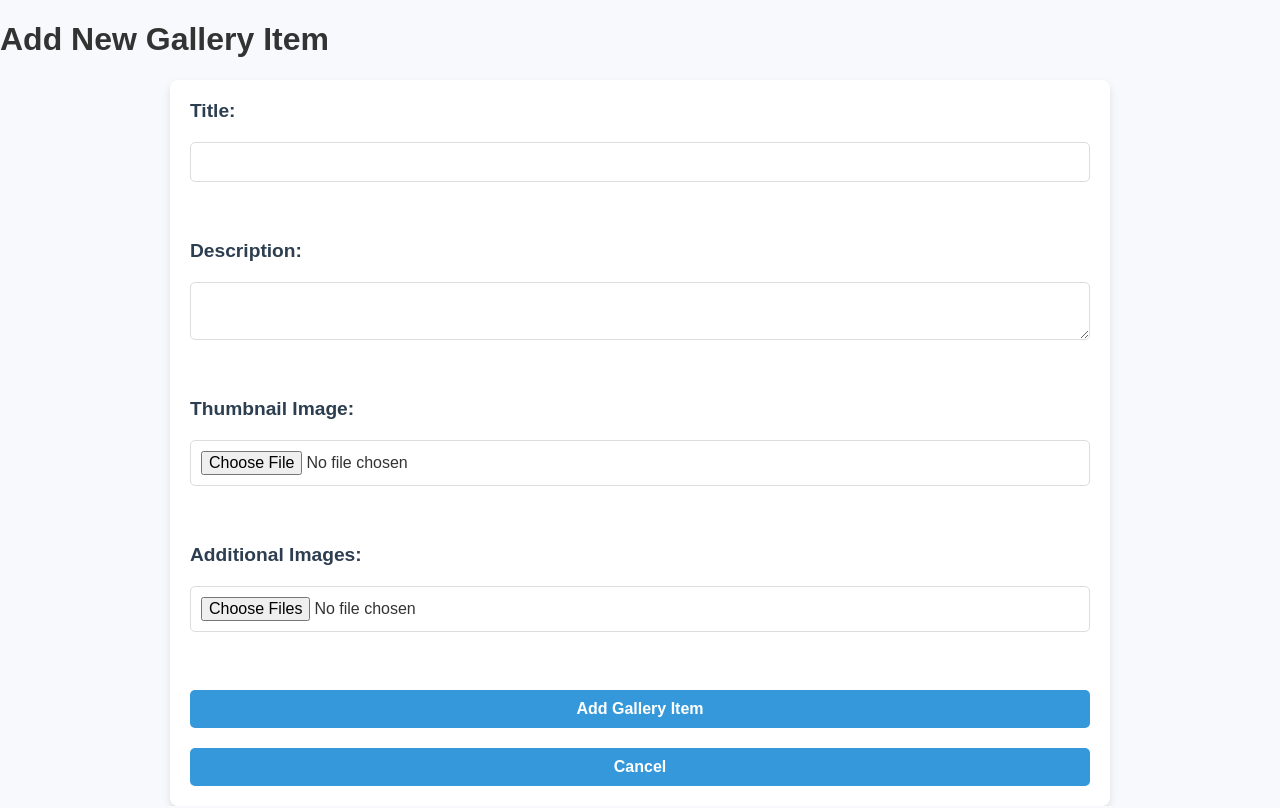
Repository: KharonKade/Capstone
Page: http://localhost/add_gallery.php
These files come from the project's save history. The page is drawn as it stood at one moment and after the next save; the edit follows.
The browser window is 1280 px wide. The pictures show the whole page.
The page is run by PHP 8.4 with error messages shown; the project is at /var/www/html/.

Above is the page before, as saved 2025-04-01 19:35:05.

After the next save:
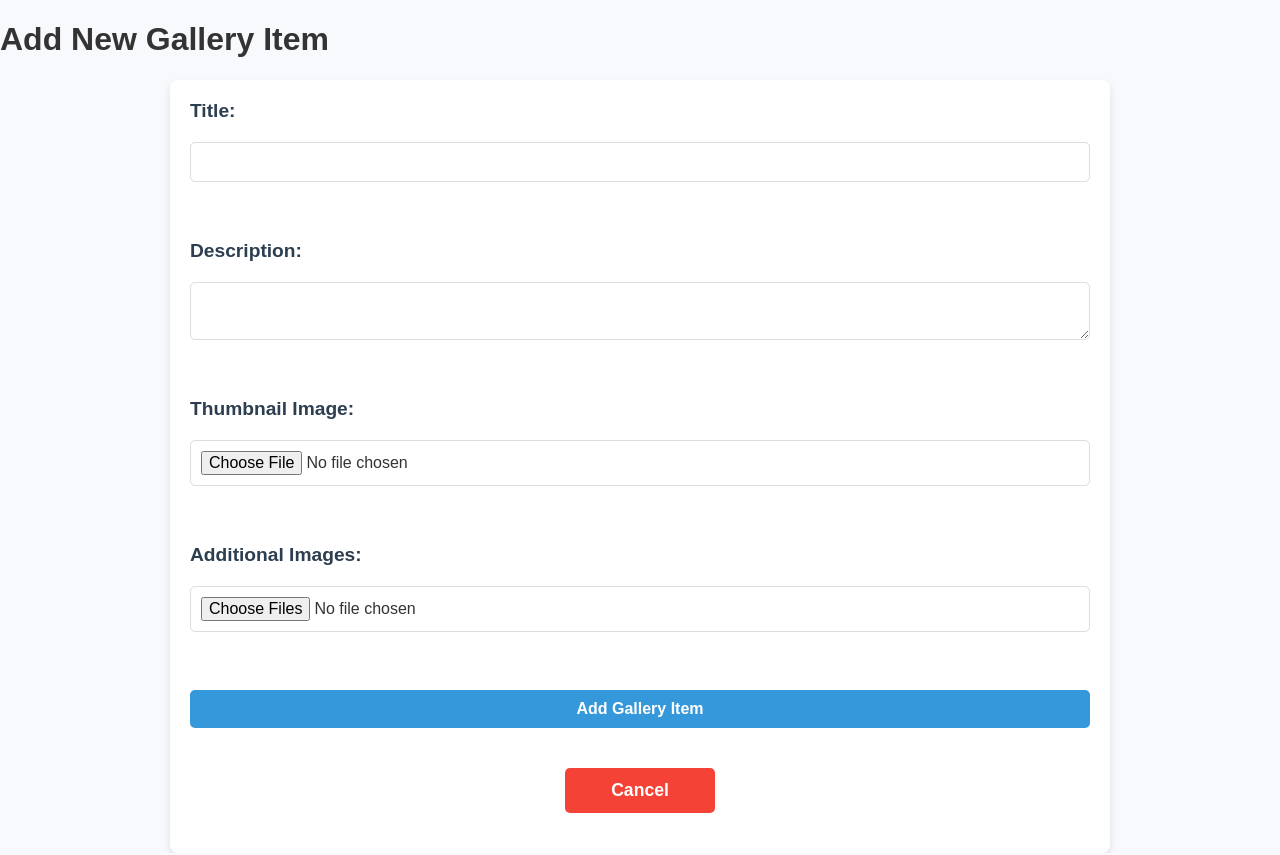
Saved 92 s later.
--- a/add_gallery.php
+++ b/add_gallery.php
@@ -62,7 +62,7 @@ $conn->close();
         <input type="file" name="images[]" multiple required><br>
 
         <button type="submit">Add Gallery Item</button>
-        <button type="button" onclick="history.back();">Cancel</button>
+        <button type="button" class="button" onclick="history.back();">Cancel</button>
     </form>
 
 </body>
